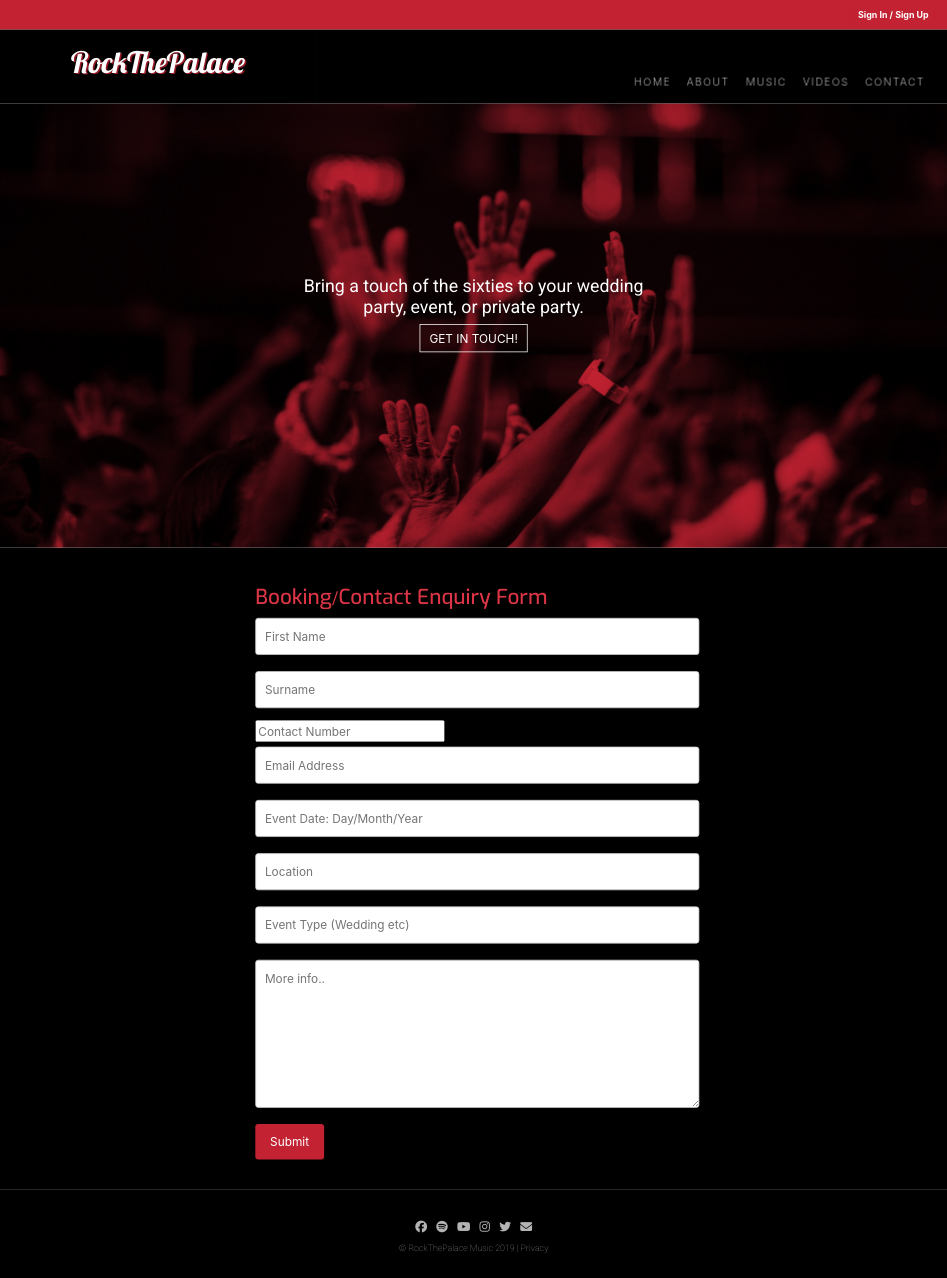
Repository: AhmedSabik/Mile-Stone-Project-Trial-2
Page: contact.html
The author's editor kept a record of every edit. The page is drawn from the files as they stood at one moment, then again after the next edit.
The browser window is 1280 px wide. The pictures show the whole page, at 74% of full size.
Backgrounds fixed to the window are drawn as part of the page. Some web libraries are served in a nearby version.

Above is the page before.

### contact.html
<!DOCTYPE html>
<html lang="en">
<head>
    <meta charset="UTF-8">
    <meta name="viewport" content="width=device-width, initial-scale=1.0">
    <meta http-equiv="X-UA-Compatible" content="ie=edge">
    <link rel="stylesheet" href="https://stackpath.bootstrapcdn.com/bootstrap/4.3.1/css/bootstrap.min.css" type="text/css" />
    <link rel="stylesheet" href="https://cdnjs.cloudflare.com/ajax/libs/hover.css/2.3.1/css/hover-min.css" type="text/css" />
    <link rel="stylesheet" href="css/style.css" type="text/css" />
    <title>RockThePalace | This is Real Rock 'N Roll</title>
</head>

<body>

    <header>

    <!-- Sign In Alert -->

        <div class="container-fluid sign-in-container">
            <div class="row">
                <div class="col-12">
                    <div class="sign-in-alert">
                        <div class="text-right">
                            <a href="#" class="btn btn-danger btn-sm" data-toggle="modal" data-target="#signUpModal">Sign In / Sign Up</a>
                        </div>
                    </div>
                </div>
            </div>

        </div>


    <!-- Navigation Bar -->

        <div class="row no-gutters">

            <div class="col-md-4 bg-navbar-left navbar-left">

                <h1 class="logo">
                    <a href="index.html">
                        RockThePalace
                    </a>
                </h1>

            </div>


            <div class="col-md-8 bg-navbar-right navbar-right">
                <div>

                    <ul class="list-inline menuitems">
                        <li class="list-inline-item">
                            <a href="index.html"><span class="hvr-grow">Home</span></a>
                        </li>
                        <li class="list-inline-item">
                            <a href="about.html"><span class="hvr-grow">About</span></a>
                        </li>
                        <li class="list-inline-item">
                            <a href="music.html"><span class="hvr-grow">Music</span></a>
                        </li>
                        <li class="list-inline-item">
                            <a href="videos.html"><span class="hvr-grow">Videos</span></a>
                        </li>
                        <li class="list-inline-item">
                            <a href="contact.html"><span class="hvr-grow">Contact</span></a>
                        </li>

                    </ul>

                </div>

            </div>

    </header>

    <section>

        <!-- Contact Main Image -->

        <div class="container-fluid contact-background-image">

            <div class="row">

                <div class="col-12">

                    <div class="testimonial jumbotron text-center">

                        <h4>Bring a touch of the sixties to your wedding party, event, or private party.</h4>

                        <a href="mailto:ContactUs@RockThePalace.com?Subject=subject here&Body=bodytext"><button type="button" class="btn btn-outline-secondary text-uppercase">Get in touch!</button></a>

                    </div>

                </div>

            </div>

        </div>


        <!-- Contact Us From -->



        <div class="container-fluid contact-second-background-image">


                   <div class="row" style="margin:auto">

                       <div class="col-lg-3"></div>


                       <div class="col-lg-6 col-md-12 contact-us-container">
                           <form action="thanks.html">

                               <h3 class="booking-title">Booking<small>/</small>Contact Enquiry Form</h3>

                               <input type="text" id="fname" name="firstname" placeholder="First Name" required>

                               <input type="text" id="sname" name="surname" placeholder="Surname">

                               <input type="tel" id="cnumber" name="ontactnumber" placeholder="Contact Number" required>

                               <input type="email" id="email" name="email" placeholder="Email Address" required>

                               <input type="text" id="date" name="date" placeholder="Event Date: Day/Month/Year" required>

                               <input type="text" id="location" name="location" placeholder="Location" required>

                               <input type="text" id="event" name="eventtype" placeholder="Event Type (Wedding etc)" required>


                               <!-- <label for="subject">Subject</label> -->

                               <textarea id="subject" name="subject" placeholder="More info.." style="height:200px"></textarea>

                               <!-- <input type="submit" value="Submit"> -->

                               <input type="submit" value="Submit">


                           </form>
                       </div>

                       <div class="col-lg-3"></div>

                   </div>

        </div>




    </section>

    <!-- Footer -->

    <footer class="container-fluid">
       <div class="footer-content-center">
           <ul class="list-inline footer-social-links">

                            <li class="list-inline-item">
                                <a target="_blank" href="https://en-gb.facebook.com/"><i class="fab fa-facebook" aria-hidden="true"></i></a>
                                <span class="sr-only">Facebook</span>
                            </li>

                            <li class="list-inline-item">
                                <a target="_blank" href="https://www.spotify.com/uk/"><i class="fab fa-spotify" aria-hidden="true"></i></a>
                                <span class="sr-only">Spotify</span>
                            </li>

                            <li class="list-inline-item">
                                <a target="_blank" href="https://www.youtube.com/?gl=GB&hl=en-GB"><i class="fab fa-youtube" aria-hidden="true"></i></a>
                                <span class="sr-only">Youtube</span>
                            </li>

                            <li class="list-inline-item">
                                <a target="_blank" href="https://www.instagram.com/?hl=en"><i class="fab fa-instagram" aria-hidden="true"></i></a>
                                <span class="sr-only">Instagram</span>
                            </li>

                            <li class="list-inline-item">
                                <a target="_blank" href="https://twitter.com/?lang=en-gb"><i class="fab fa-twitter" aria-hidden="true"></i></a>
                                <span class="sr-only">Twitter</span>
                            </li>

                            <li class="list-inline-item">
                                <a href="contact.html"><i class="fas fa-envelope" aria-hidden="true"></i></a>
                                <span class="sr-only">Email</span>
                            </li>

                        </ul>

           <p class="copyright-footer">
               ©  RockThePalace Music 2019 | <a target="_blank" href="documents/privacy-policy-template.pdf">Privacy</a>
           </p>
       </div>
    </footer>

<!-- Modals -->


<div class="modal fade" tabindex="-1" role="dialog" id="signUpModal">
  <div class="modal-dialog" role="document">
    <div class="modal-content">
      <div class="modal-header">
        <h5 class="modal-title">Sign Up to RockThePlace!</h5>
        <button type="button" class="close" data-dismiss="modal" aria-label="Close">
          <span aria-hidden="true">&times;</span>
        </button>
      </div>
      <div class="modal-body">

        <form>
            <div class="form-group">
                <label for="exampleInputEmail1">Email address</label>
                <input type="email" class="form-control" id="SignUpEmail" aria-describedby="emailHelp" placeholder="Enter email" required>
                <small id="emailHelp" class="form-text text-muted">We'll never share your email with anyone else.</small>
            </div>
            <div class="form-group">
                <label for="password">Password</label>
                <input type="password" class="form-control" id="SignUpPassword" placeholder="Password" required>
            </div>

            <div class="form-group">
                <label for="repeatPasword">Repeat Password</label>
                <input type="password" class="form-control" id="repeatSignUpPassword" placeholder="Repeat Password" required>
            </div>

            <button type="submit" class="btn btn-danger">Submit</button>
        </form>

      </div>
      <div class="modal-footer">
        <a href="#signInModal" data-toggle="modal" data-dismiss="modal">Already Signed Up? Sign In Here</a>
      </div>
    </div>
  </div>
</div>


<div class="modal fade" tabindex="-1" role="dialog" id="signInModal">
  <div class="modal-dialog" role="document">
    <div class="modal-content">
      <div class="modal-header">
        <h5 class="modal-title">Sign In!</h5>
        <button type="button" class="close" data-dismiss="modal" aria-label="Close">
          <span aria-hidden="true">&times;</span>
        </button>
      </div>
      <div class="modal-body">

        <form>
            <div class="form-group">
                <label for="exampleInputEmail1">Email address</label>
                <input type="email" class="form-control" id="SignInEmail" aria-describedby="emailHelp" placeholder="Enter email" required>
                <small id="emailHelp" class="form-text text-muted">We'll never share your email with anyone else.</small>
            </div>
            <div class="form-group">
                <label for="password">Password</label>
                <input type="password" class="form-control" id="SignInPassword" placeholder="Password" required>
            </div>

            <button type="submit" class="btn btn-danger">Submit</button>
        </form>

    </div>
  </div>
</div>


<div class="modal fade" id="thankYouModal">
    <div class="modal-dialog">
        <div class="modal-content">

            <!-- Modal Header -->
            <div class="modal-header">
                <h4 class="modal-title">Modal Heading</h4>
                <button type="button" class="close" data-dismiss="modal">&times;</button>
            </div>

            <!-- Modal body -->
            <div class="modal-body">
                Modal body..
            </div>

            <!-- Modal footer -->
            <div class="modal-footer">
                <button type="button" class="btn btn-danger" data-dismiss="modal">Close</button>
            </div>

        </div>
    </div>
</div>


<script src="https://kit.fontawesome.com/2941709310.js"></script>
<script src="https://code.jquery.com/jquery-3.3.1.slim.min.js" integrity="sha384-q8i/X+965DzO0rT7abK41JStQIAqVgRVzpbzo5smXKp4YfRvH+8abtTE1Pi6jizo" crossorigin="anonymous"></script>
<script src="https://cdnjs.cloudflare.com/ajax/libs/popper.js/1.14.7/umd/popper.min.js" integrity="sha384-UO2eT0CpHqdSJQ6hJty5KVphtPhzWj9WO1clHTMGa3JDZwrnQq4sF86dIHNDz0W1" crossorigin="anonymous"></script>
<script src="https://stackpath.bootstrapcdn.com/bootstrap/4.3.1/js/bootstrap.min.js" integrity="sha384-JjSmVgyd0p3pXB1rRibZUAYoIIy6OrQ6VrjIEaFf/nJGzIxFDsf4x0xIM+B07jRM" crossorigin="anonymous"></script>


</body>
</html>

Loaded but not shown: css/style.css (747 lines, source omitted)

After the next edit:
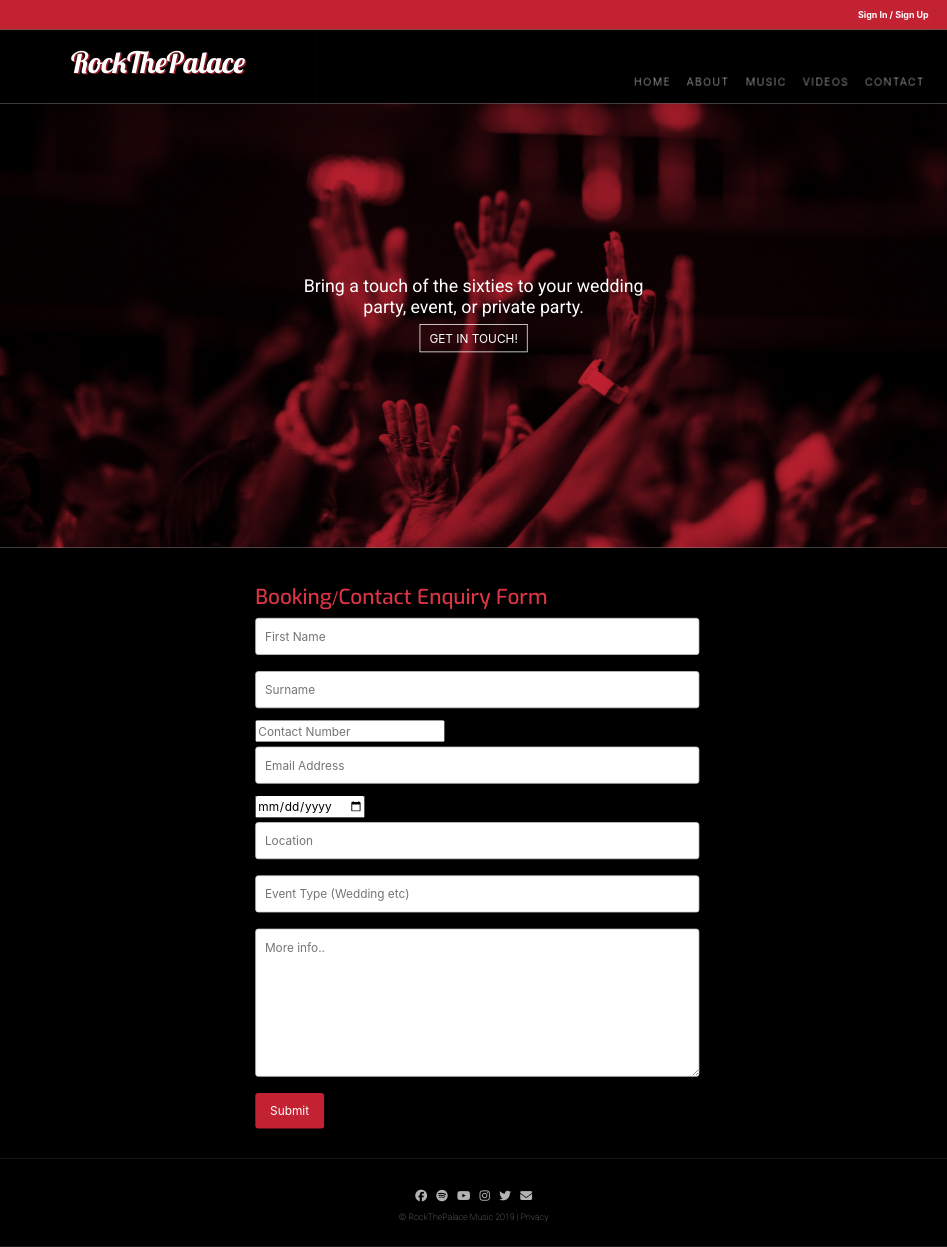
The edit:
--- a/contact.html
+++ b/contact.html
@@ -123,7 +123,7 @@
 
                                <input type="email" id="email" name="email" placeholder="Email Address" required>
 
-                               <input type="text" id="date" name="date" placeholder="Event Date: Day/Month/Year" required>
+                               <input type="date" id="date" name="date" placeholder="Event Date: Day/Month/Year" required>
 
                                <input type="text" id="location" name="location" placeholder="Location" required>
 
